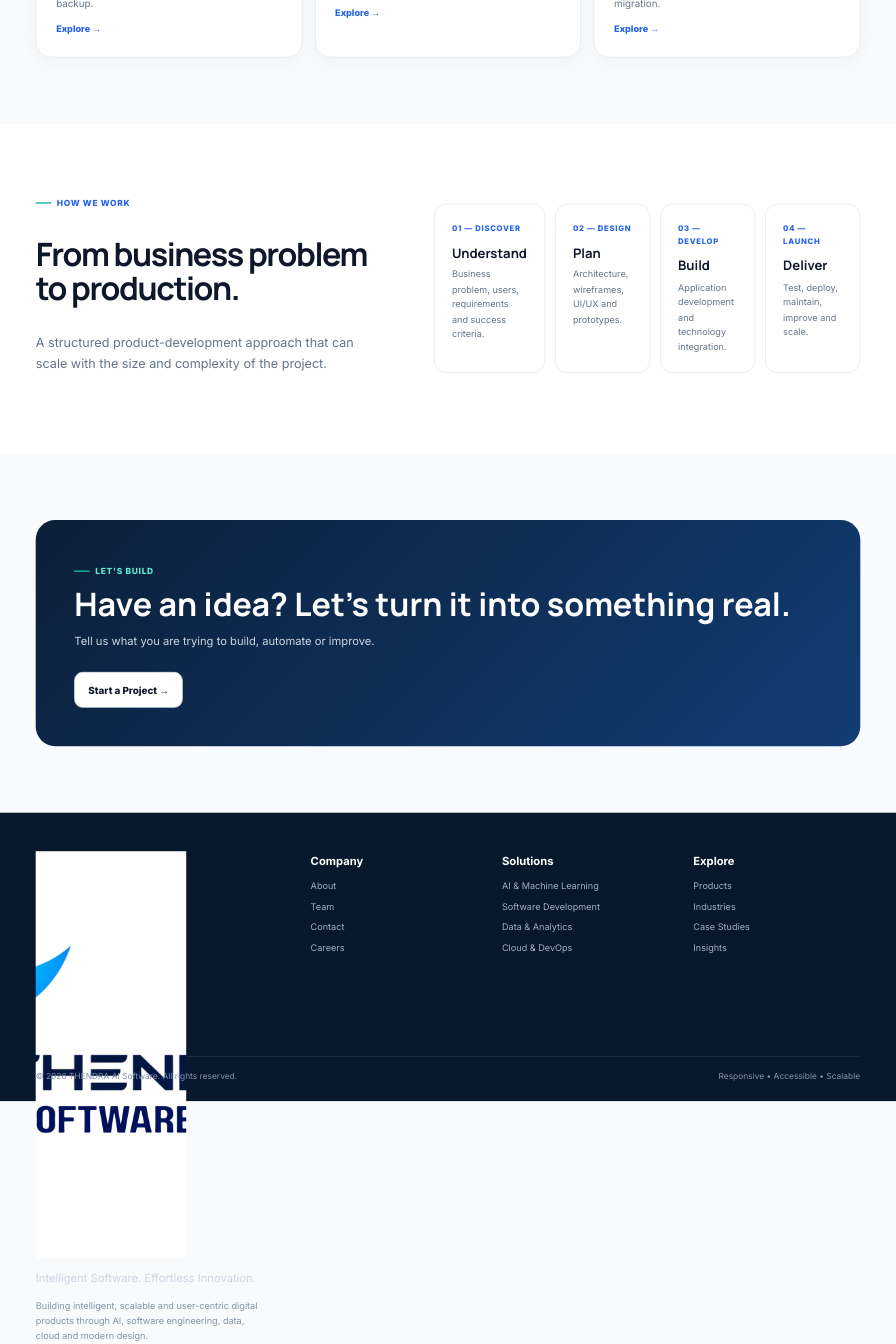
Repository: Soundar586/thendra-ai-website
Page: index.html
These files come from the project's save history. The page is drawn as it stood at one moment and after the next save; the edit follows.
The browser window is 1280 px wide. The pictures show the part of the page from y = 2410 to 4330 px (the page is 4330 px tall before and 3983 px after), at 70% of full size.

Above is the page before, as saved 2026-09-10 22:28:28.

After the next save:
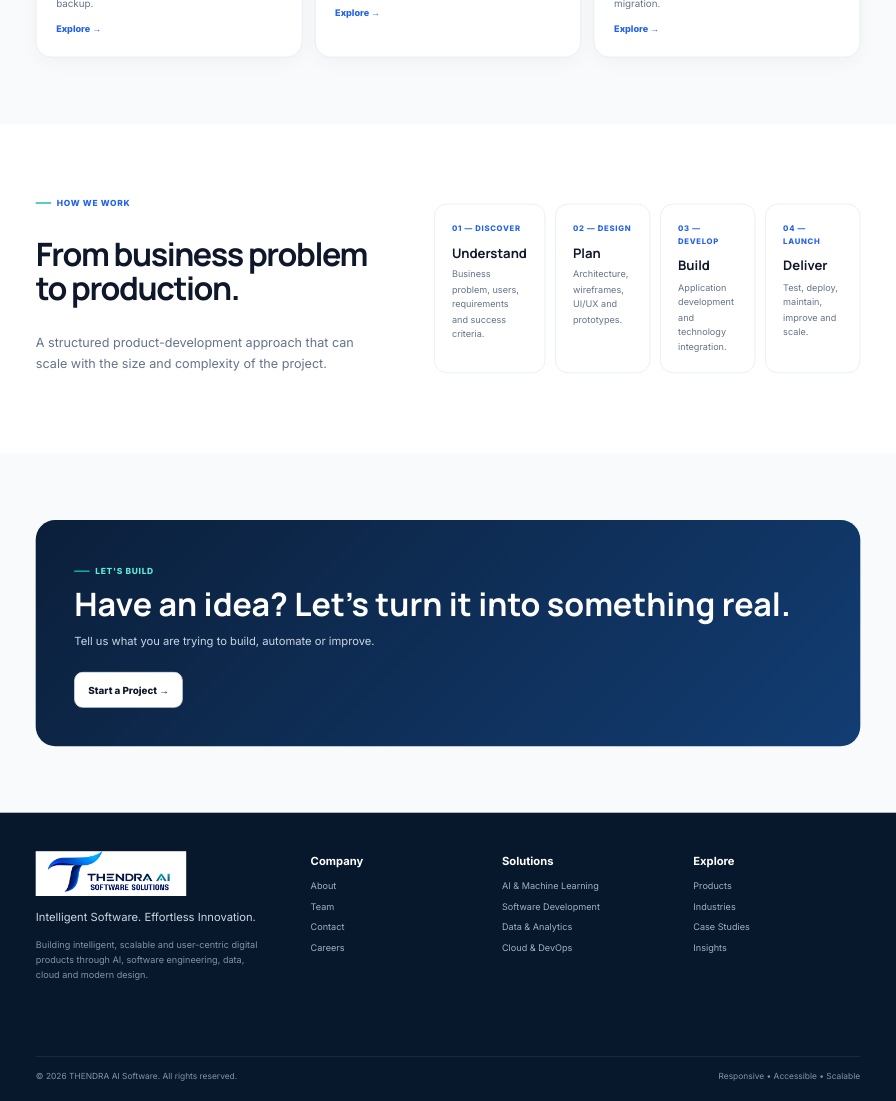
Saved 5 s later.
--- a/assets/style.css
+++ b/assets/style.css
@@ -659,7 +659,7 @@
   display:block;
   margin: bottom 150px;
    width: 60%;
-    height: 225%;
+    height: 25%;
     object-fit: cover;
     object-position: center;
 }
